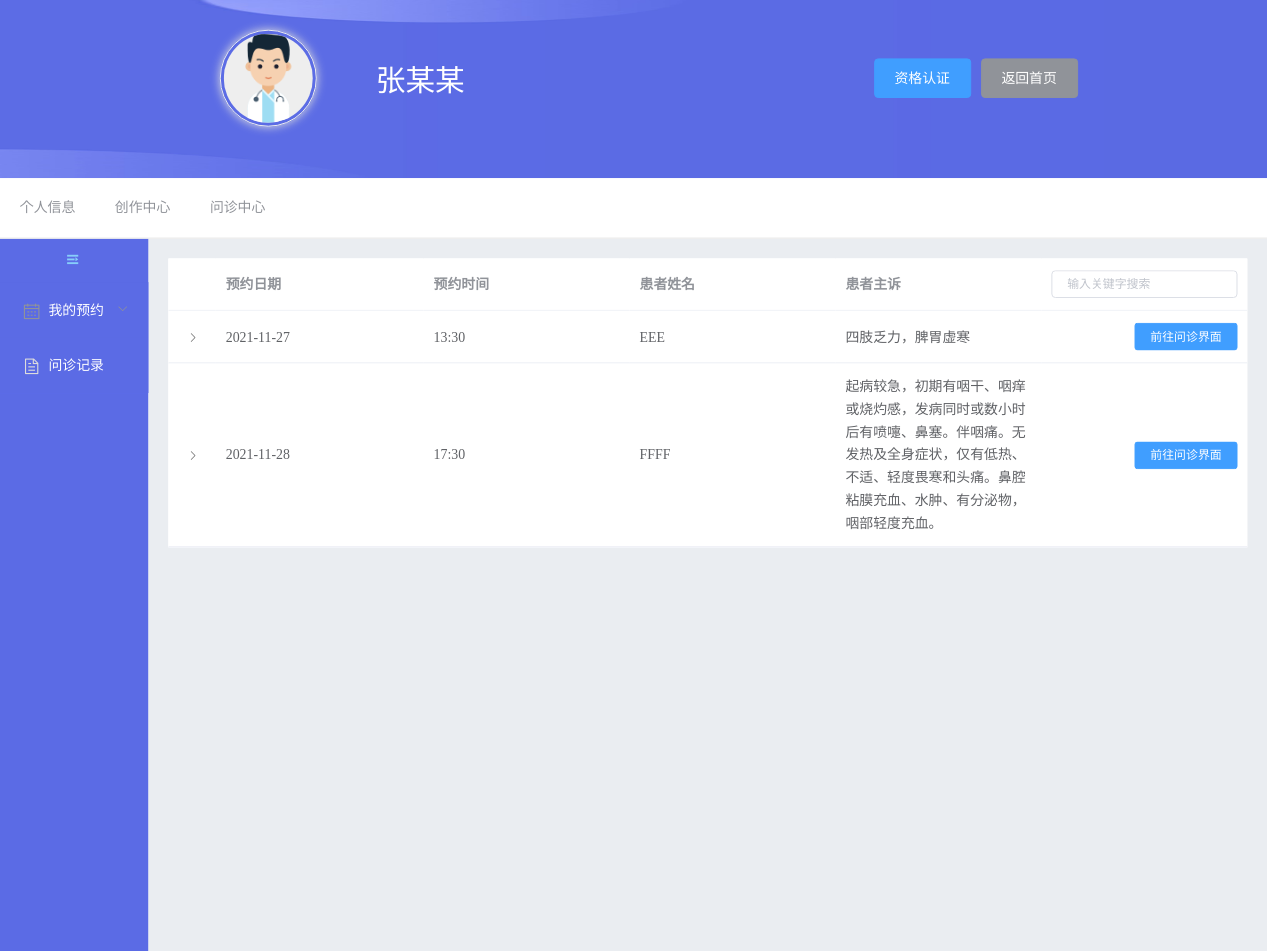
Repository: DiscreteL/SOA_Front
Page: /#/sucApply
An editor plug-in stored every save of this project. The page is shown before and after the next save, followed by the edit.
The browser window is 1280 px wide. The pictures show the whole page, at 99% of full size.
The project was rebuilt for these pictures with package versions that can differ from the ones it lists, and the page was loaded fresh each time. Also part of the build but not shown: vue.config.js, src/components/navigation.vue, src/components/dialog.vue, src/views/news.vue, src/components/announcement.vue, src/components/patientKnow.vue, src/views/Home.vue, src/views/login.vue and 15 more.

Above is the page before, as saved 2021-11-29 18:08:53.

After the next save:
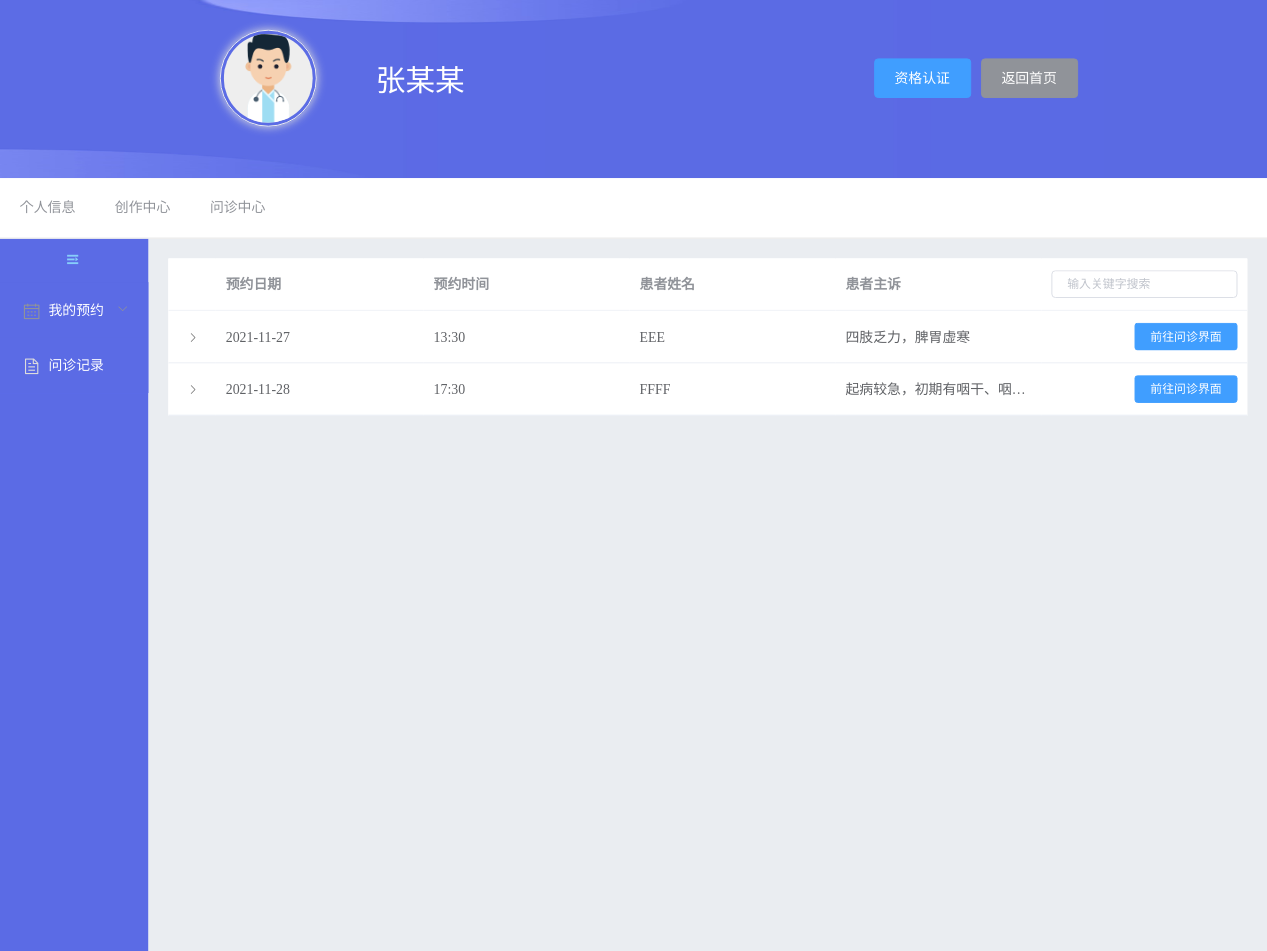
Saved 23 s later.
--- a/src/views/doctor/consult/sucApply.vue
+++ b/src/views/doctor/consult/sucApply.vue
@@ -20,7 +20,7 @@
           <el-form-item label="患者姓名">
             <span>{{ props.row.name }}</span>
           </el-form-item>
-          <el-form-item label="患者主诉" :show-overflow-tooltip="true">
+          <el-form-item label="患者主诉">
             <span>{{ props.row.description }}</span>
           </el-form-item>
           <el-form-item label="性别">
@@ -47,7 +47,7 @@
     <el-table-column label="预约日期" prop="date"> </el-table-column>
     <el-table-column label="预约时间" prop="time"> </el-table-column>
     <el-table-column label="患者姓名" prop="name"> </el-table-column>
-    <el-table-column label="患者主诉" prop="description"> </el-table-column>
+    <el-table-column label="患者主诉" prop="description" :show-overflow-tooltip="true"> </el-table-column>
     <el-table-column align="right">
       <template slot="header" slot-scope="scope">
         <el-input
